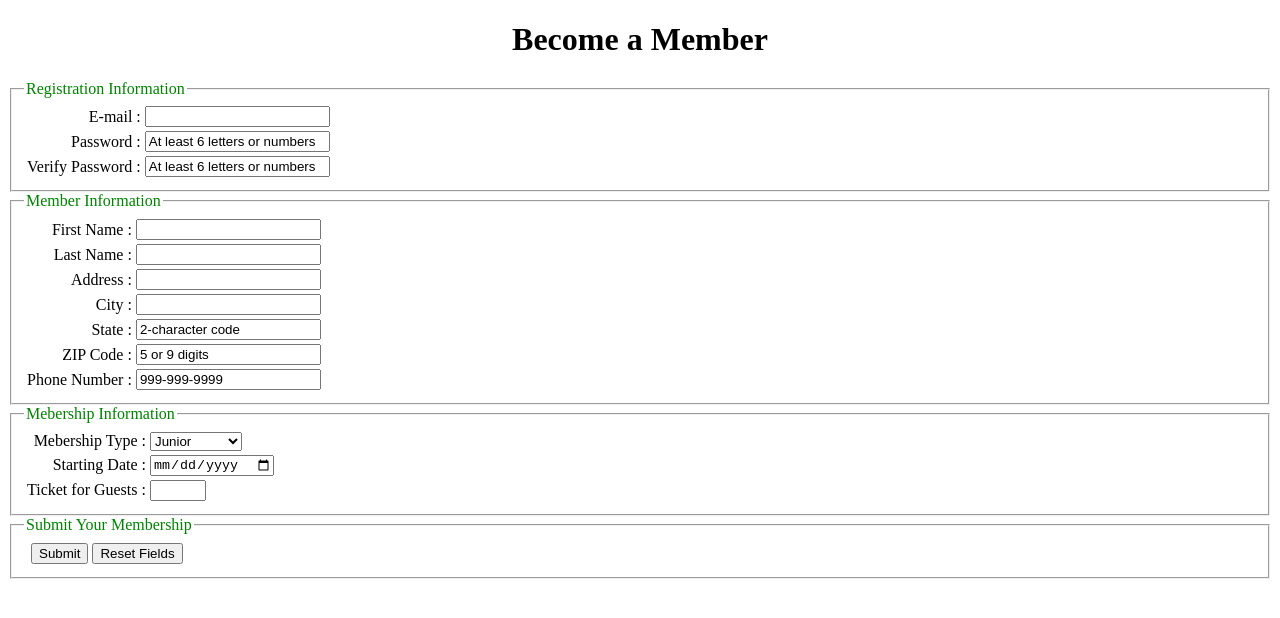
Repository: kjungyoun/Web_Study_2021
Page: homework_front/WebContent/0302/0302.html
The author's editor kept a copy of each file at every save. The page is drawn from the files as they stood at one save, then again after the next save.
The browser window is 1280 px wide. The pictures show the whole page.

Above is the page before, as saved 2021-03-02 12:13:17.

### homework_front/WebContent/0302/0302.html
<!DOCTYPE html>
<html>
<head>
<meta charset="UTF-8">
<title>Become a Member</title>
<style type="text/css">
	fieldset {
	color: green
}
	table {
	color : black
	}
</style>
</head>
<body>
<header>
	<h1 align="center">
		Become a Member
	</h1>
</header>
<form action="index.html">
	<fieldset style="padding:50 width:300 height : 200">
		<legend>Registration Information</legend>
		<table>
			<tbody>
				<tr>
					<td align="right">
						<label for="userid">E-mail : </label>
					</td>
					<td align="left">
						<input type="email" id="email" name="email" style="color: red">
					</td>
				</tr>
				<tr>
					<td align="right">
					<label for="password">Password : </label>
					</td>
					<td align="left">
						<input type="text" id="psw" name="psw" value="At least 6 letters or numbers">
					</td>
				</tr>
				<tr>
					<td align="right">
						<label for="vpassword">Verify Password : </label>
					</td>
					<td align="left">
						<input type="text" id="vpwd" name="vpwd" value="At least 6 letters or numbers">
					</td>
				</tr>
			</tbody>
		</table>
	</fieldset>
	<fieldset>
		<legend>Member Information</legend>
		<table >
			<tbody>
				<tr>
					<td align="right">
						<label for="fname">First Name : </label>
					</td>
					<td align="left">
						<input type="text" id="fname" name="fname">
					</td>
				</tr>
				<tr>
					<td align="right">
					<label for="lname">Last Name : </label>
					</td>
					<td align="left">
						<input type="text" id="lname" name="lname">
					</td>
				</tr>
				<tr>
					<td align="right">
						<label for="address">Address : </label>
					</td>
					<td align="left">
						<input type="text" id="addr" name="addr">
					</td>
				</tr>
				<tr>
					<td align="right">
						<label for="city">City : </label>
					</td>
					<td align="left">
						<input type="text" id="city" name="city">
					</td>
				</tr>
				<tr>
					<td align="right">
						<label for="state">State : </label>
					</td>
					<td align="left">
						<input type="text" id="state" name="state" value="2-character code">
					</td>
				</tr>
				<tr>
					<td align="right">
						<label for="zip">ZIP Code : </label>
					</td>
					<td align="left">
						<input type="text" id="addr" name="addr" value="5 or 9 digits">
					</td>
				</tr>
				<tr>
					<td align="right">
						<label for="phone">Phone Number : </label>
					</td>
					<td align="left">
						<input type="tel" id="phone" name="phone" value="999-999-9999">
					</td>
				</tr>
			</tbody>
		</table>
	</fieldset>
	<fieldset>
		<legend>Mebership Information</legend>
		<table>
			<tr>
				<td align="right">
					<label for="type">Mebership Type : </label>
				</td>
				<td align="left">
					<select name="type" >
						<optgroup label="membership" >
							<option>Junior</option>
							<option>Senior</option>
							<option>Semi Pro</option>
							<option>Pro</option>
							<option>VIP</option>
						</optgroup>
					</select>
				</td>
			</tr>
			<tr>
				<td align="right">
					<label for="date">Starting Date : </label>
				</td>
				<td align="left">
					<input type="date" name="date">
				</td>
			</tr>
			<tr>
				<td align="right">
					<label for="guest">Ticket for Guests : </label>
				</td>
				<td align="left">
					<input type="number" min="0" max="30" name="guest">
				</td>
			</tr>
		</table>
	</fieldset>
	<fieldset>
		<legend>Submit Your Membership</legend>
		<table>
			<tr>
				<td></td>
				<td>
					<button type="submit">Submit</button>
					<button type="reset">Reset Fields</button>
				</td>
			</tr>
		</table>
	</fieldset>
</form>
</body>
</html>

After the next save:
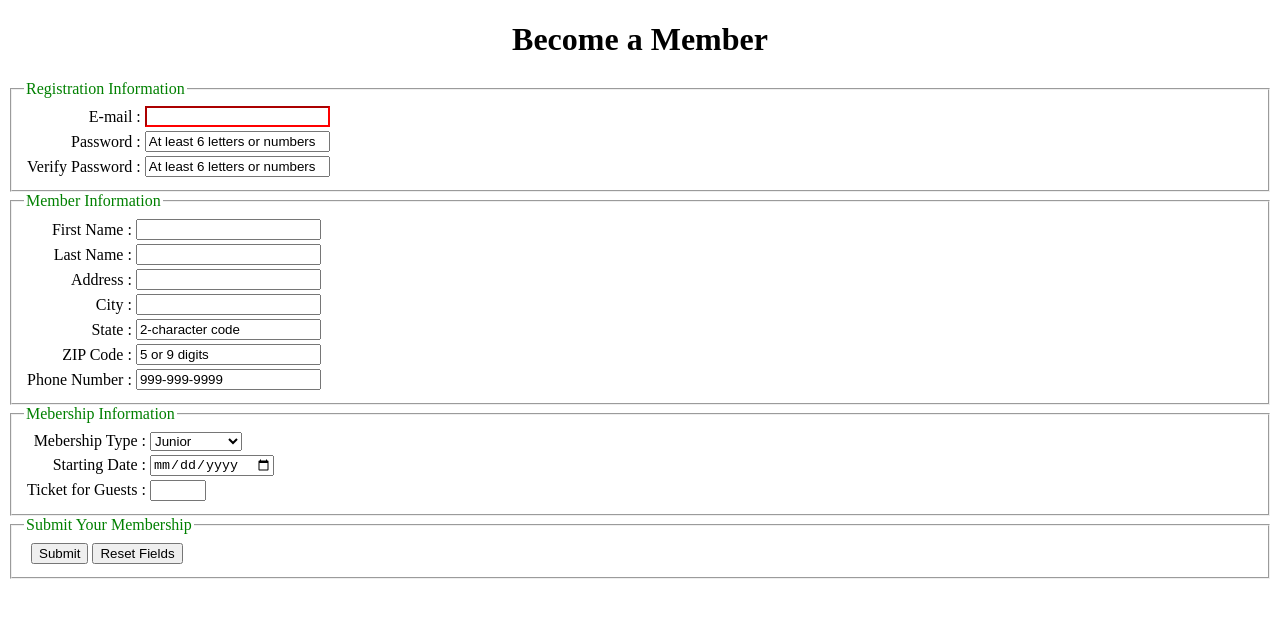
Saved 19 s later.
--- a/homework_front/WebContent/0302/0302.html
+++ b/homework_front/WebContent/0302/0302.html
@@ -28,7 +28,7 @@
 						<label for="userid">E-mail : </label>
 					</td>
 					<td align="left">
-						<input type="email" id="email" name="email" style="color: red">
+						<input type="email" id="email" name="email" style="border-color: red">
 					</td>
 				</tr>
 				<tr>
